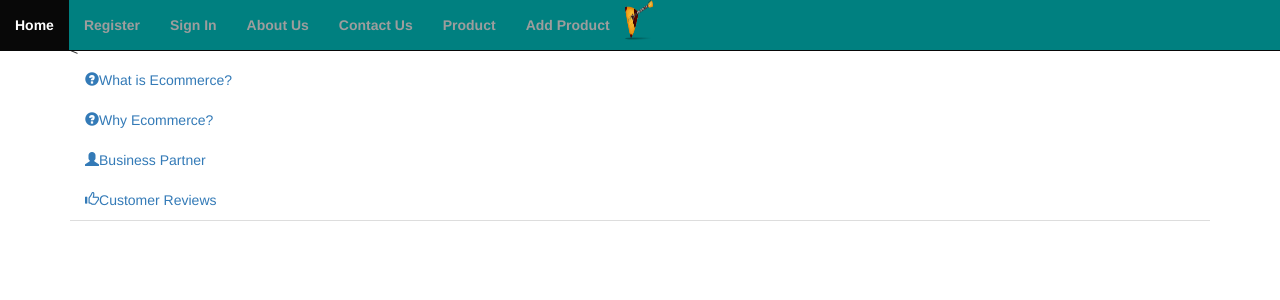
Repository: aradhana15/myFinalRepository
Page: http://localhost/music/WEB-INF/views/yecomm.jsp
An editor plug-in stored every save of this project. The page is shown before and after the next save, followed by the edit.
The browser window is 1280 px wide. The pictures show the whole page.
The page is served by Tomcat 9. Nobody is signed in. Other server files are loaded and not shown. The template is opened directly, without the code that normally fills it, so the values that code supplies are empty.

Above is the page before, as saved 2016-04-23 16:43:53.
Console error (its wording comes from the project's code and is left out).

### wwf/music/src/main/webapp/WEB-INF/views/yecomm.jsp
<html>
<%@include file="header.jsp"%>
<head>
</head>
<body>


</body>
</html>

### wwf/music/src/main/webapp/WEB-INF/views/header.jsp

<meta name="viewport" content="width=device-width, initial-scale=1">
<link rel="stylesheet"
	href="http://maxcdn.bootstrapcdn.com/bootstrap/3.3.6/css/bootstrap.min.css">
<script
	src="http://maxcdn.bootstrapcdn.com/bootstrap/3.3.6/js/bootstrap.min.js"></script>
<%@taglib prefix="spr" uri="http://www.springframework.org/tags"%>
<%@taglib prefix="c" uri="http://java.sun.com/jsp/jstl/core"%>


<div class="container">
	<div class="navbar navbar-inverse navbar-fixed-top" role="navigation" style="background-color:teal;font-weight: bold;play-during: mix;color: white">


		<div class="nav navbar-nav">
			<li class="active"><a href="house">Home</a></li>
			<li><a href="register">Register</a></li>
			<!-- if u by deflt make anything acive -->
			<li><a href="sign">Sign In</a></li>
			<li><a href="aboutus">About Us</a></li>
			<li><a href="contactus">Contact Us</a></li>
			<li><a href="product">Product</a></li>
			<li><a href="addproduct">Add Product</a></li>
			 <li><img src="<c:url value='/resources/images/guitar.jpg' />"height="40px" width="30px"></li>


		</div>
	</div>
	<!-- <div class="nav navbar-nav"> -->
	<br>
	<br>
	<div class="nav nav-tabs">
		<button type="button" class="navbar-toggle" data-toggle="collapse"
			data-target=".navbar-collapse">
			<span class="sr-only">Toggle navigation</span> <span class="icon-bar"></span>
			<span class="icon-bar"></span> <span class="icon-bar"></span>
		</button>
		< <ul class="nav">
			<li class="active"><a href="whatecomm"> <i
					class="glyphicon glyphicon-question-sign"></i>What is Ecommerce?</a>
			<li><a href="yecomm"> <i
					class="glyphicon glyphicon-question-sign"></i>Why Ecommerce?</a></li>
			<li><a href="businessparter"> <i
					class="glyphicon glyphicon-user"></i>Business Partner</a></li>
			<li><a href="custreview"> <i
					class="glyphicon glyphicon-thumbs-up"></i>Customer Reviews</a></li>
		</ul>



	</div>

</div>

After the next save:
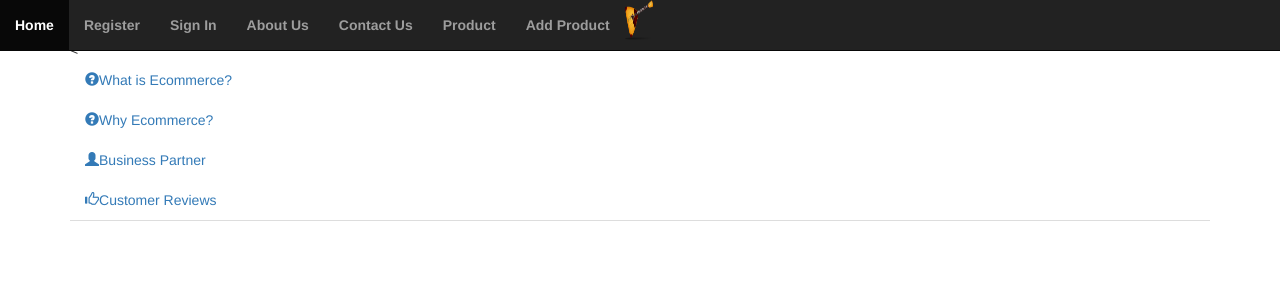
Saved 77 s later.
--- a/wwf/music/src/main/webapp/WEB-INF/views/header.jsp
+++ b/wwf/music/src/main/webapp/WEB-INF/views/header.jsp
@@ -9,7 +9,7 @@
 
 
 <div class="container">
-	<div class="navbar navbar-inverse navbar-fixed-top" role="navigation" style="background-color:teal;font-weight: bold;play-during: mix;color: white">
+	<div class="navbar navbar-inverse navbar-fixed-top" role="navigation" style="background-color:rgb(); ;font-weight: bold;play-during: mix;color: white">
 
 
 		<div class="nav navbar-nav">
